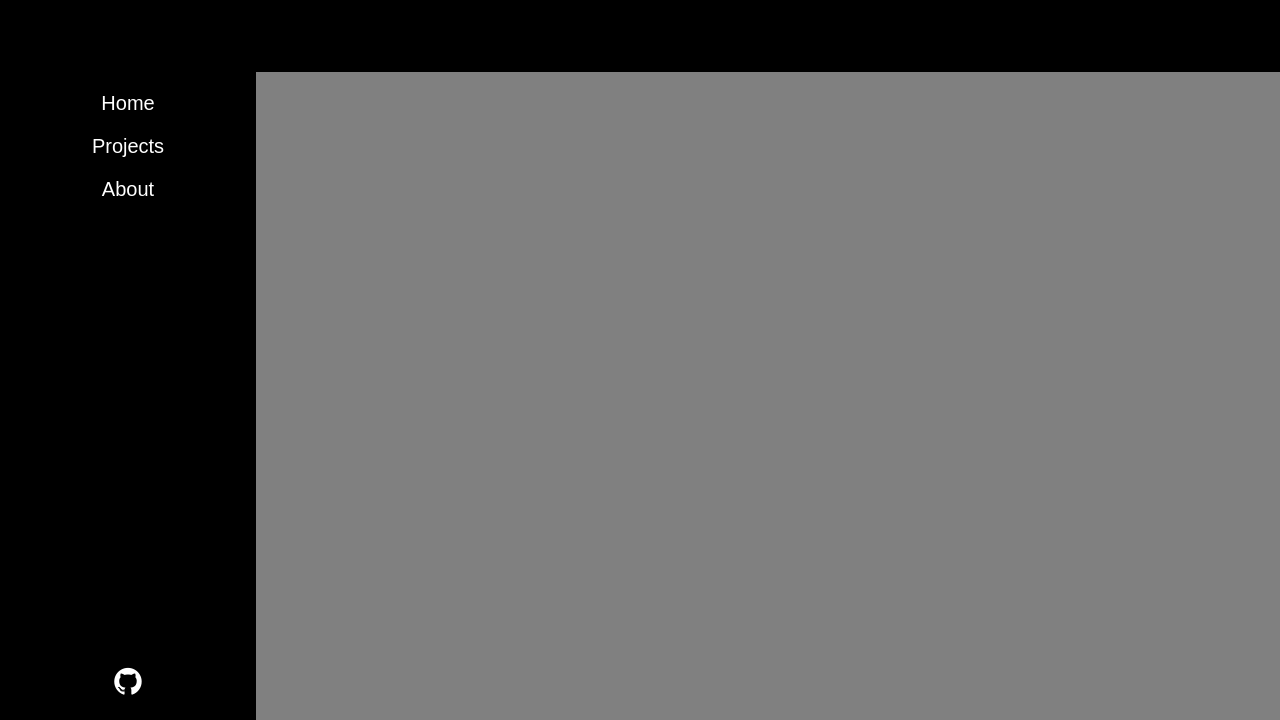
Repository: josephinel6/josephinel6.github.io
Page: index.html
The author's editor kept a copy of each file at every save. The page is drawn from the files as they stood at one save, then again after the next save.
The browser window is 1280 px wide. The pictures show the whole page.

Above is the page before, as saved 2023-04-04 11:02:17.

After the next save:
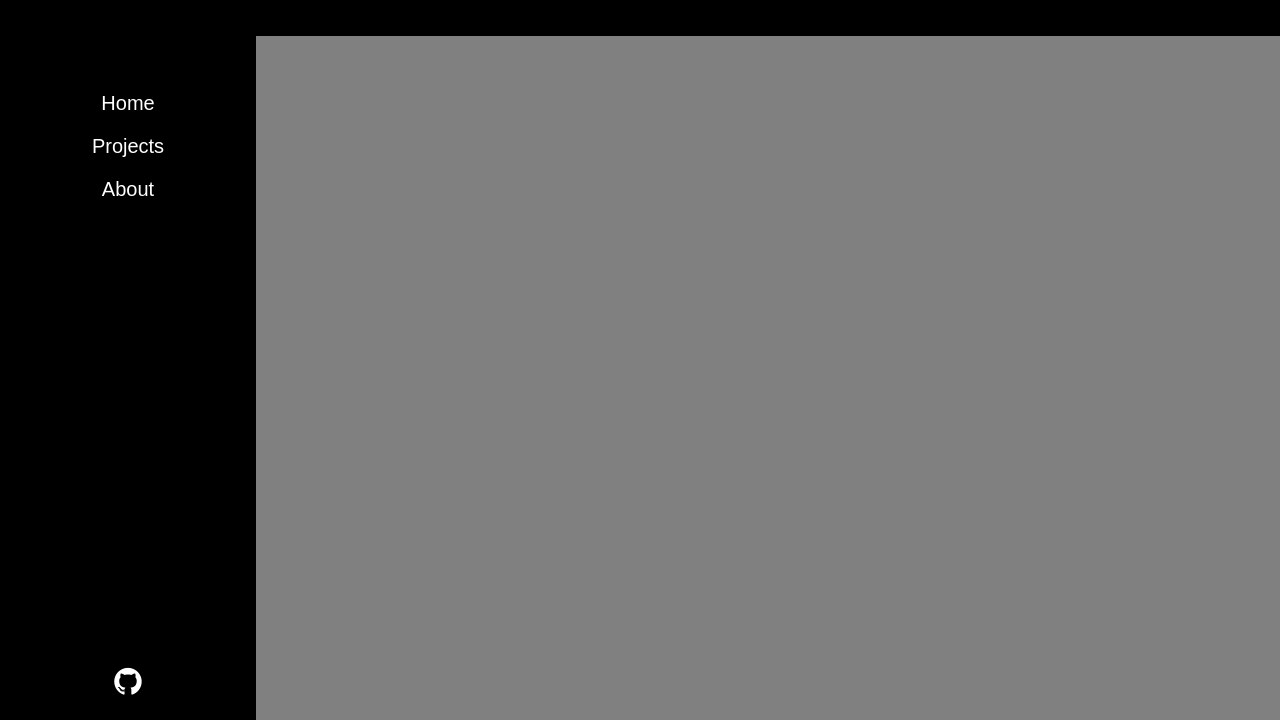
Saved 10 s later.
--- a/index.html
+++ b/index.html
@@ -43,7 +43,7 @@
 
         #topbar {
             width: 100%;
-            height: 10%;
+            height: 5%;
             background-color: var(--color-bg);
             position: absolute;
         }
@@ -61,7 +61,7 @@
         #window {
             background-color: var(--color-page-bg);
             position: absolute;
-            height: 90%;
+            height: 95%;
             width: 80%;
             right: 0;
             bottom: 0;
